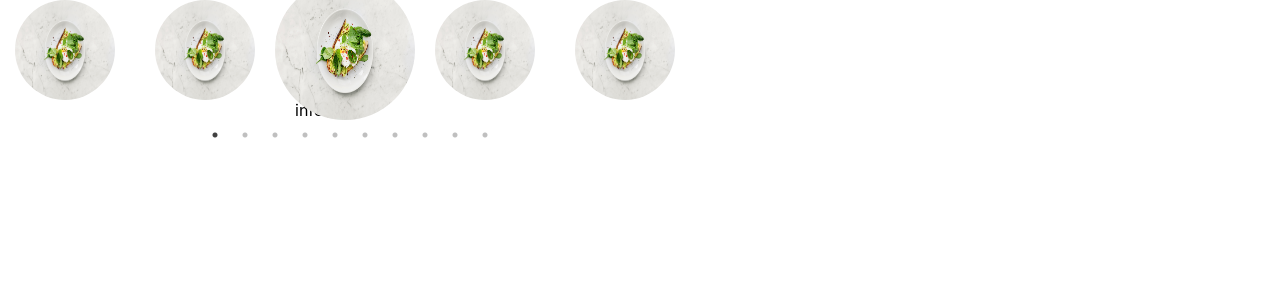
Repository: nambui98/slider
Page: /
The author's editor kept a copy of each file at every save. The page is drawn from the files as they stood at one save, then again after the next save.
The browser window is 1280 px wide. The pictures show the whole page.
The project was rebuilt for these pictures with package versions that can differ from the ones it lists, and the page was loaded fresh each time. Also part of the build but not shown: vite.config.ts.

Above is the page before, as saved 2022-04-12 09:44:05.

### src/App.tsx
import { useState } from 'react'
import Horizolsider from './components/horizolslider/Horizolsider'
import logo from './logo.svg'
import './App.css'
import "slick-carousel/slick/slick.css";
import "slick-carousel/slick/slick-theme.css";
function App() {
  const [count, setCount] = useState(0)

  return (
    <div className="App">
      <Horizolsider />
    </div>
  )
}

export default App

### src/components/horizolslider/Horizolsider.tsx
import React, { useEffect, useRef, useState } from 'react'
import styled from 'styled-components'
import Slider from "react-slick";
import image1 from '../../assets/images/pexels-daria-shevtsova-1095550.jpg'

type Props = {}

const Wrapper = styled.div`
    width: 700px;
    /* margin: auto; */
    /* overflow-x: scroll; */
    .overlay{
        display: flex;
        align-items: center;
    height: 500px;

        /* width: 100%; */
        /* height: 500px; */

    }
`
const Item = styled.div`
    /* position: relative;
     */
    margin: 0 15px;
    .info{
        visibility: hidden;
    }
    img{
        width: 100px;
        height: 100px;
        border-radius: 50%;
        transition: all .3s;
    }
    &.active{
        img{
            transform: scale(1.4);
        }
        .info{
            visibility: visible;
        }
    }
`
const Horizolsider = (props: Props) => {
    const [activeIndex, setActiveIndex] = useState(0);
    const overlayRef = useRef<any>();
    const settings = {
        dots: true,
        infinite: true,
        speed: 500,
        slidesToShow: 5,
        slidesToScroll: 1,
        centerMode: true,
        focusOnSelect: true,
        centerPadding: '0px',
        beforeChange: (current: any, next: any) => {
            setActiveIndex(next)

        },
    };
    // useEffect(() => {
    //     console.log(overlayRef.current.style.transform);

    // }, [])

    return (
        <Wrapper>

            <Slider {...settings}>

                {
                    [...Array(10).keys()].map((i, index) => <div>
                        <Item className={`${index === activeIndex && "active"}`}>
                            <img src={image1} alt="" />
                            <div className="info">info {i}</div>
                        </Item>
                    </div>)
                }
            </Slider>
        </Wrapper>
    )
}
export default Horizolsider

Loaded but not shown: index.html (common file); src/main.tsx (common file); src/index.css (common file); src/App.css (common file)

After the next save:
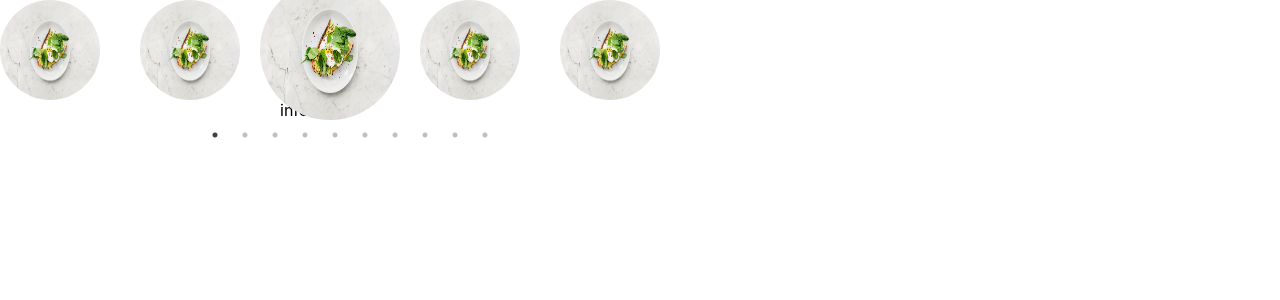
Saved 12 s later.
--- a/src/components/horizolslider/Horizolsider.tsx
+++ b/src/components/horizolslider/Horizolsider.tsx
@@ -22,7 +22,7 @@ const Wrapper = styled.div`
 const Item = styled.div`
     /* position: relative;
      */
-    margin: 0 15px;
+    /* margin: 0 15px; */
     .info{
         visibility: hidden;
     }
